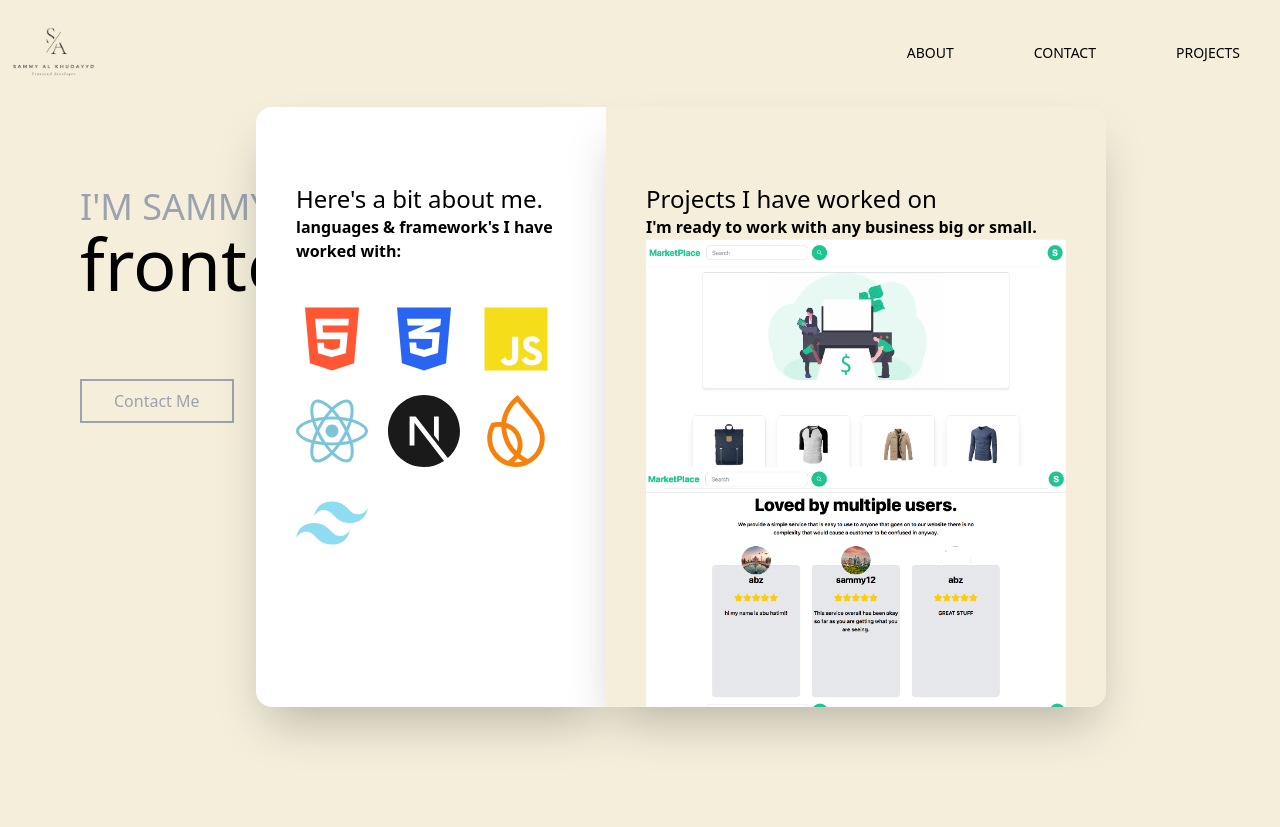
Repository: Al123Kudayyd/myportfolio
Page: /
The author's editor kept a copy of each file at every save. The page is drawn from the files as they stood at one save, then again after the next save.
The browser window is 1280 px wide. The pictures show the whole page.
An inner scrolling area shows only its first screen. The project was rebuilt for these pictures with package versions that can differ from the ones it lists, and the page was loaded fresh each time. Also part of the build but not shown: src/components/model.js.

Above is the page before, as saved 2024-02-21 14:35:19.

### src/App.js
import Main from './components/Main';
import Nav from './components/Nav';
import Model from './components/Model'


function App() {
  return (
    <div className=" ">
      <Nav />
      <Main />

    </div>
  );
}

export default App;

### src/components/Main.jsx
import React, { useState } from 'react'
import Model from './Model'
import { LiaTimesSolid } from "react-icons/lia";
import { FaFacebook } from "react-icons/fa";
import Projects from './Projects';


function Main() {
    const [openModal, setOpenModal] = useState(false)
  return (
    <div className='relative'>
    <div className='bg-[#f4eedb] relative h-screen'>
        <div className='-z-10 pl-20 pt-20 '>
            <h1 className=''><span className='text-gray-400 font-extralight text-4xl'>I'M SAMMY AND I'M A</span>
            <br /><span className='text-7xl'>frontend developer.</span></h1>
            <button className='mt-20 border-gray-400 border-2 text-gray-400 py-2 px-8 hover:bg-gray-400 hover:text-[#f4eedb]
            transition-all duration-300'
            onClick={() => setOpenModal(true)}>
                Contact Me</button>
        </div>

    </div>
    {
        openModal && <Model btn={<LiaTimesSolid onClick={() => setOpenModal(false)} />} />
    }
    <div className='absolute top-[10%] right-0 text-2xl space-y-5 m-3'>

        </div>
        <Projects className='' />
    </div>
  )
}

export default Main

### src/components/Nav.jsx
import React from 'react'
import logo from '../assets/logo.png'
import { LiaBarsSolid } from "react-icons/lia";

function Nav({ }) {
  return (
    <div className='bg-[#f4eedb] relative'>
        <div className='flex justify-between items-center'>
            <img src={logo} className="w-[20%] md:w-1/12 " />
            <LiaBarsSolid className='sm:hidden text-3xl mr-5 hover:text-gray-400 cursor-pointer active:scale-[.85] transition-all duration-300' />
            <ul className='hidden sm:flex font-extralight text-sm '>
                <li className='px-10 cursor-pointer hover:text-gray-400 transition-all duration-300'>ABOUT</li>
                <li className='px-10 cursor-pointer hover:text-gray-400 transition-all duration-300'>CONTACT</li>
                <li className='px-10 cursor-pointer hover:text-gray-400 transition-all duration-300'>PROJECTS</li>
            </ul>
        </div>



    </div>
  )
}

export default Nav

### src/components/Projects.jsx
import React from 'react'
import { FaHtml5, FaReact } from "react-icons/fa";
import { FaCss3Alt } from "react-icons/fa6";
import { IoLogoJavascript } from "react-icons/io5";
import { SiNextdotjs } from "react-icons/si";
import { SiFirebase } from "react-icons/si";
import { SiTailwindcss } from "react-icons/si";
import project1 from '../assets/project1.png'
import project1c from '../assets/project1b.png'
import project1b from '../assets/project1c.png'

function Projects() {
  return (
    <div className='absolute top-0 left-[20%]'>
        <div className='flex justify-center items-center'>
            <div className='shadow-2xl bg-white w-[350px] h-[600px] rounded-l-2xl'>
                <div className='px-[40px] py-[76px] '>
                    <h1 className='text-2xl'>Here's a bit about me.</h1>
                    <h3 className='text-md font-bold'>languages & framework's I have worked with:</h3>
                    <div className='flex flex-wrap my-10 text-7xl'>
                        <FaHtml5 className='text-[#FF5733]' />
                        <FaCss3Alt className='text-[#2965F1] mx-5' />
                        <IoLogoJavascript className='text-[#F5DE19]' />
                        <FaReact className='text-[#7CC5D9] my-5' />
                        <SiNextdotjs className='text-[#1a1a1a] my-5 mx-5' />
                        <SiFirebase className='text-[#F6820D] my-5' />
                        <SiTailwindcss className='text-[#8edcf1]' />
                    </div>
                </div>

            </div>
            <div className='shadow-2xl bg-[#f4eedb] w-[500px] h-[600px] rounded-r-2xl overflow-auto'>
                <div className='px-[40px] py-[76px]'>
                    <h1 className='text-2xl'>Projects I have worked on</h1>
                    <h3 className='text-md font-bold'>I'm ready to work with any business big or small.</h3>
                    <div>
                        <img src={project1} alt="" />
                        <img src={project1c} alt="" />
                        <img src={project1b} alt="" />
                    </div>

                </div>

            </div>
        </div>
    </div>
  )
}

export default Projects

### tailwind.config.js
/** @type {import('tailwindcss').Config} */
module.exports = {
  content: [
    "./src/components/Nav.{js,jsx,ts,tsx}",
    "./src/components/Main.{js,jsx,ts,tsx}",
    "./src/components/App.{js,jsx,ts,tsx}",
    "./src/components/Model.{js,jsx,ts,tsx}",
    "./src/components/Projects.{js,jsx,ts,tsx}"
  ],
  theme: {
    extend: {},
  },
  plugins: [],
}

Loaded but not shown: public/index.html (common file); src/index.js (common file); src/index.css (common file); src/reportWebVitals.js (common file)

After the next save:
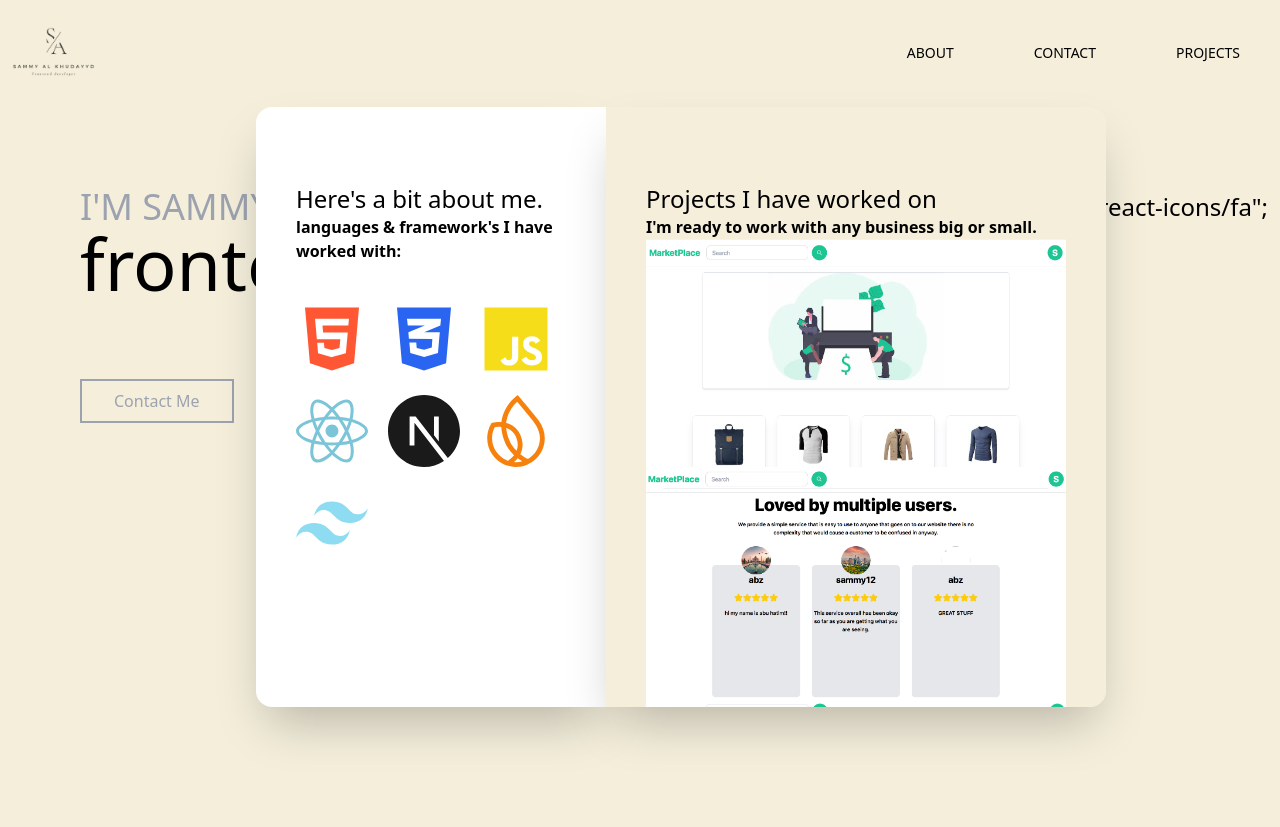
Saved 9 s later.
--- a/src/components/Main.jsx
+++ b/src/components/Main.jsx
@@ -24,6 +24,7 @@ function Main() {
         openModal && <Model btn={<LiaTimesSolid onClick={() => setOpenModal(false)} />} />
     }
     <div className='absolute top-[10%] right-0 text-2xl space-y-5 m-3'>
+    import { FaFacebook } from "react-icons/fa";
 
         </div>
         <Projects className='' />
